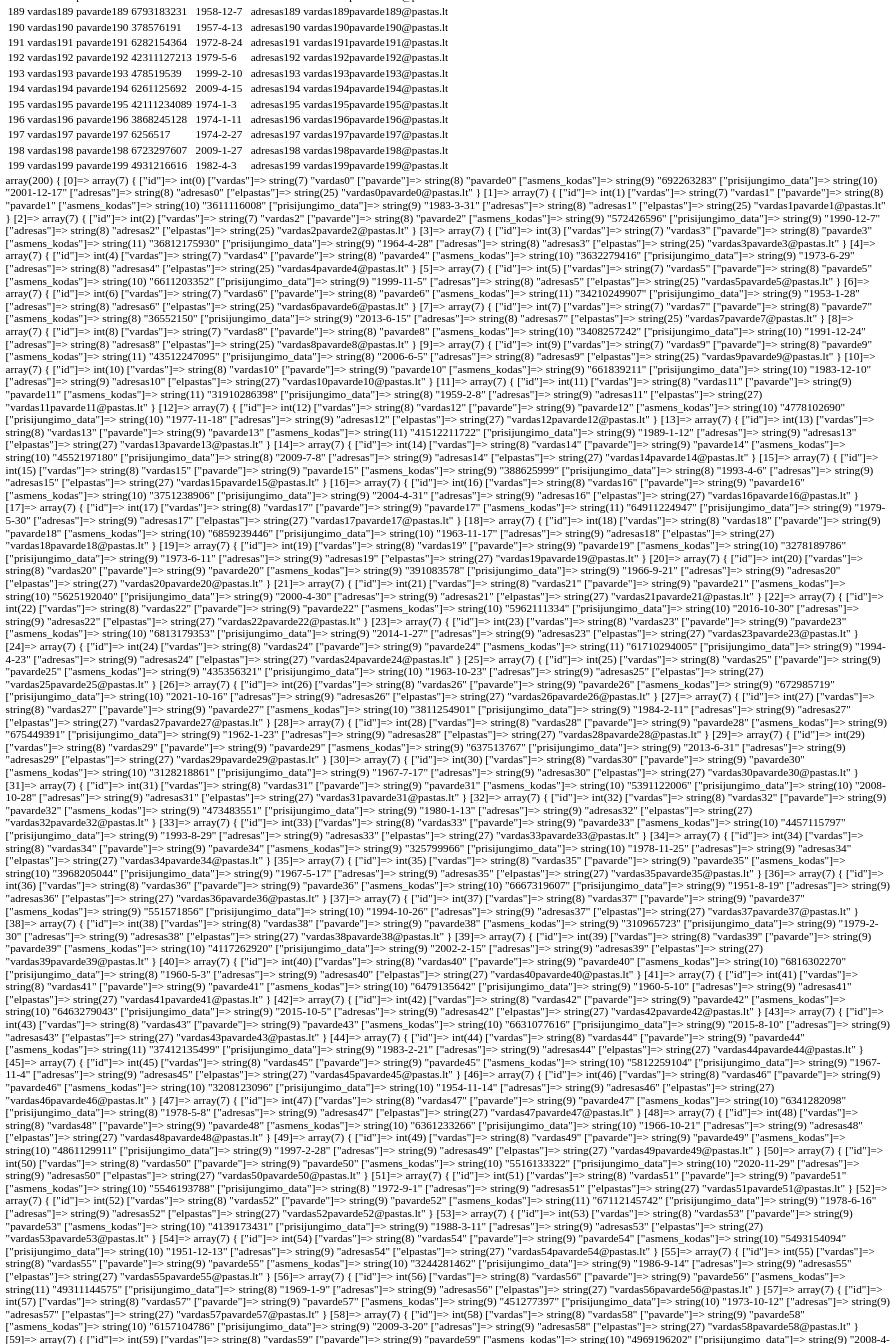
Repository: motiejus1/09-paskaita-PHP-05.31
Page: http://localhost/index.php
These files come from the project's save history. The page is drawn as it stood at one moment and after the next save; the edit follows.
The browser window is 1280 px wide. The pictures show the part of the page from y = 4162 to 6082 px (the page is 10142 px tall before and 4418 px after), at 70% of full size.
The page is run by PHP 8.4 with error messages shown; the project is at /var/www/html/.

Above is the page before, as saved 2021-08-02 18:47:06.

After the next save:
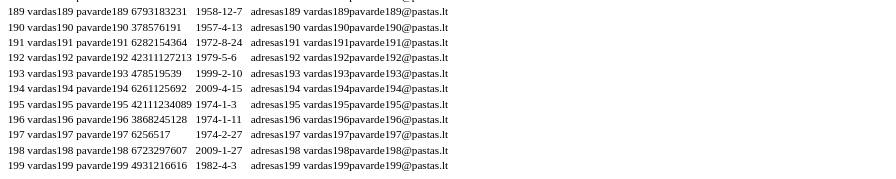
Saved 62 s later.
--- a/index.php
+++ b/index.php
@@ -69,7 +69,7 @@ foreach ($klientai as $eilute) {
 
 echo "</table>";
 
-var_dump($klientai);
+// var_dump($klientai);
 
 ?>
 
